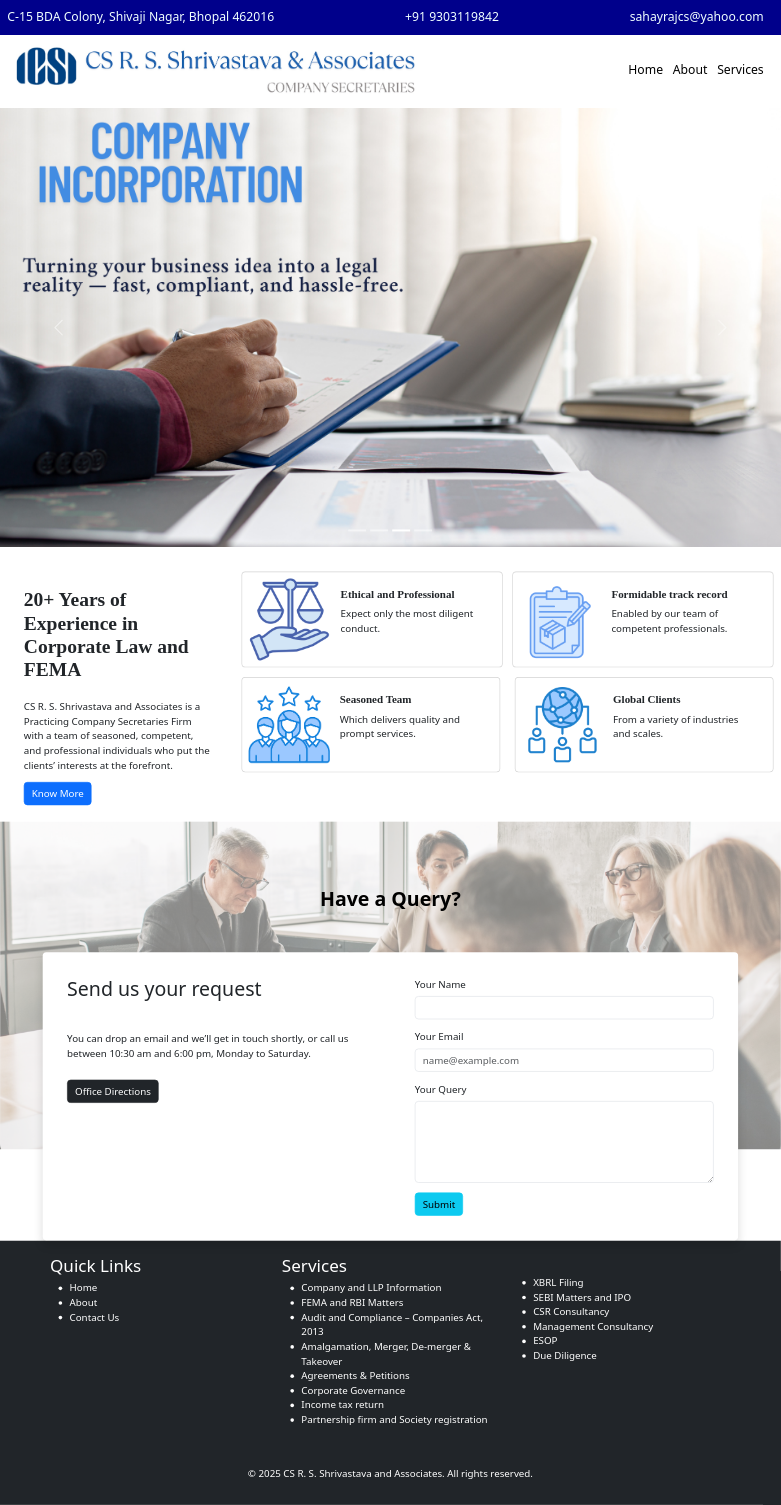
Repository: aayushiss/CS-RSS
Page: index.html
An editor plug-in stored every save of this project. The page is shown before and after the next save, followed by the edit.
The browser window is 1280 px wide. The pictures show the whole page, at 61% of full size.

Above is the page before, as saved 2025-05-26 20:36:31.

After the next save:
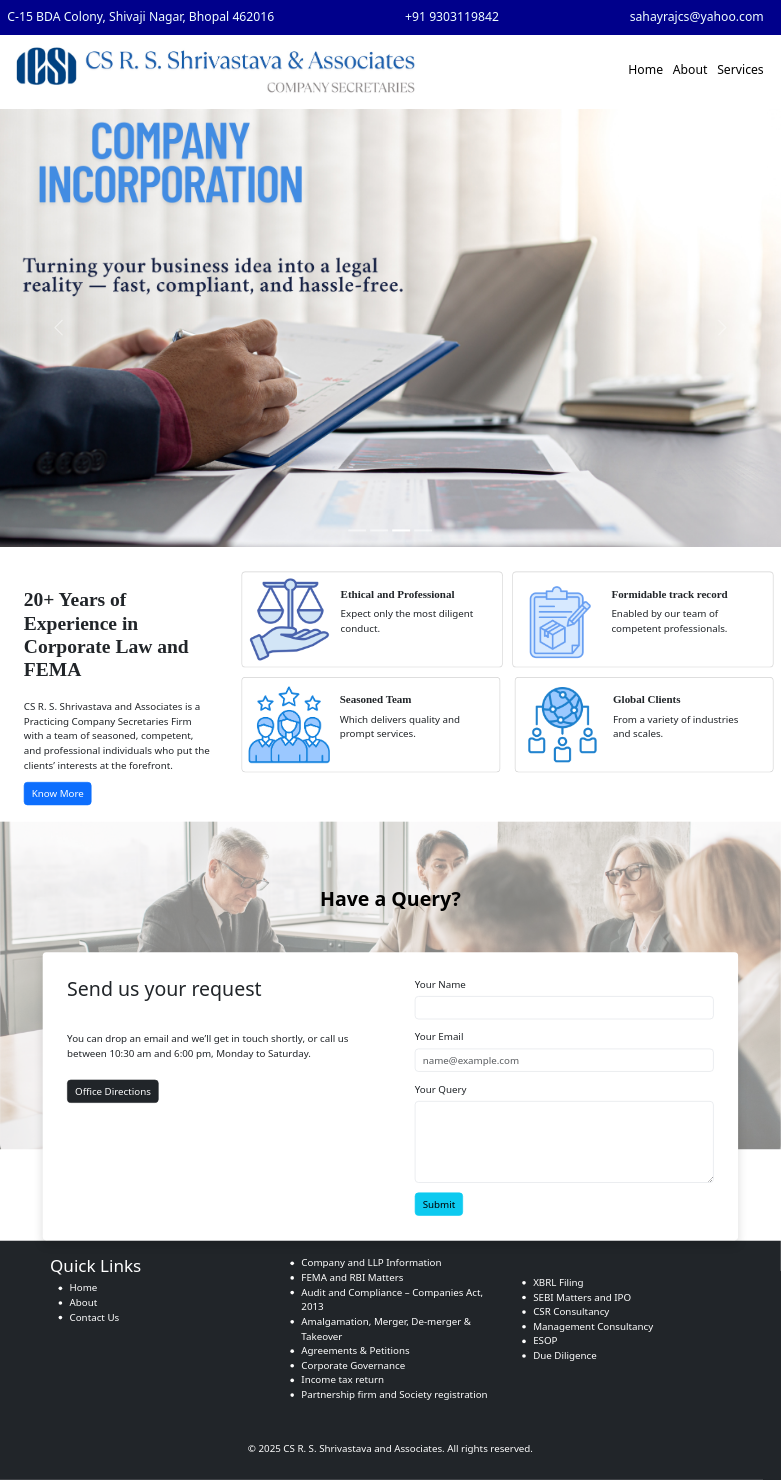
Saved 93 s later.
--- a/index.html
+++ b/index.html
@@ -212,7 +212,7 @@
           </ul>
         </div>
         <div class="col">
-          <h3>Services</h3>
+          <!-- <h3>Services</h3> -->
           <ul class="footer-links">
             <li><a href="services.html#Company-and-LLP-Info">Company and LLP Information</a></li>
             <li><a href="services.html#FEMA-and-RBI-Matters">FEMA and RBI Matters</a></li>

After the save that followed:
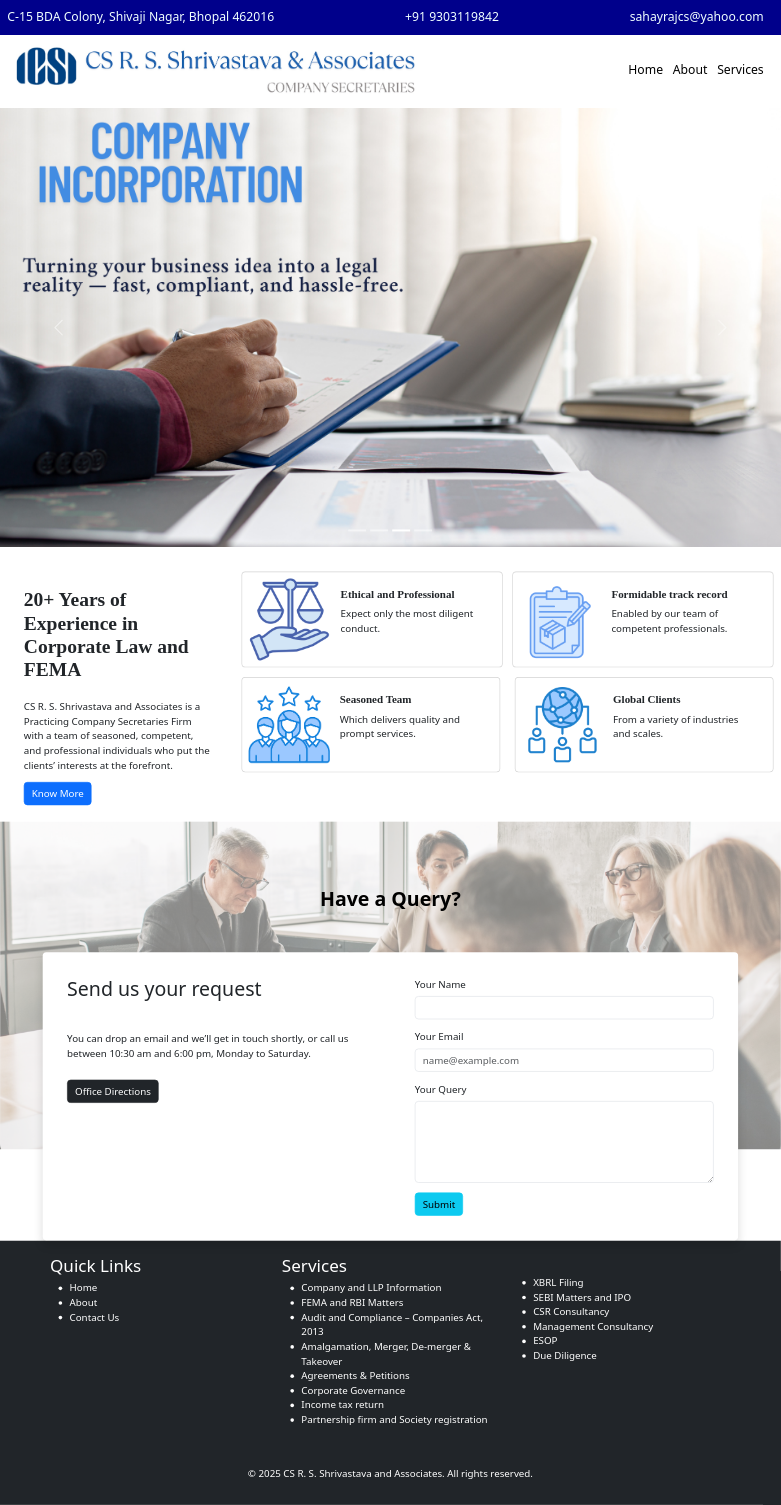
Saved 4 s later.
--- a/index.html
+++ b/index.html
@@ -212,7 +212,7 @@
           </ul>
         </div>
         <div class="col">
-          <!-- <h3>Services</h3> -->
+          <h3>Services</h3>
           <ul class="footer-links">
             <li><a href="services.html#Company-and-LLP-Info">Company and LLP Information</a></li>
             <li><a href="services.html#FEMA-and-RBI-Matters">FEMA and RBI Matters</a></li>
